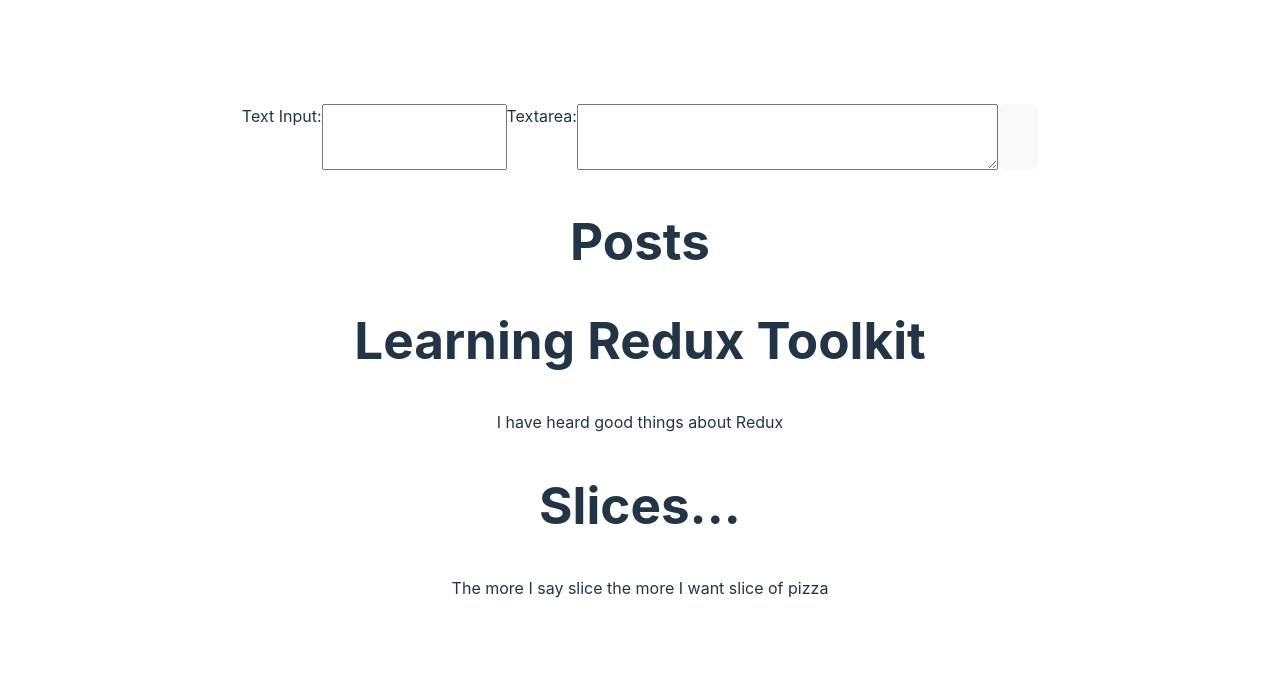
Repository: Nurlan-Bakenbaev/lesson2Redux-toolkit
Page: /
The author's editor kept a copy of each file at every save. The page is drawn from the files as they stood at one save, then again after the next save.
The browser window is 1280 px wide. The pictures show the whole page.
The project was rebuilt for these pictures with package versions that can differ from the ones it lists, and the page was loaded fresh each time. Also part of the build but not shown: vite.config.js.

Above is the page before, as saved 2023-11-04 16:13:05.

After the next save:
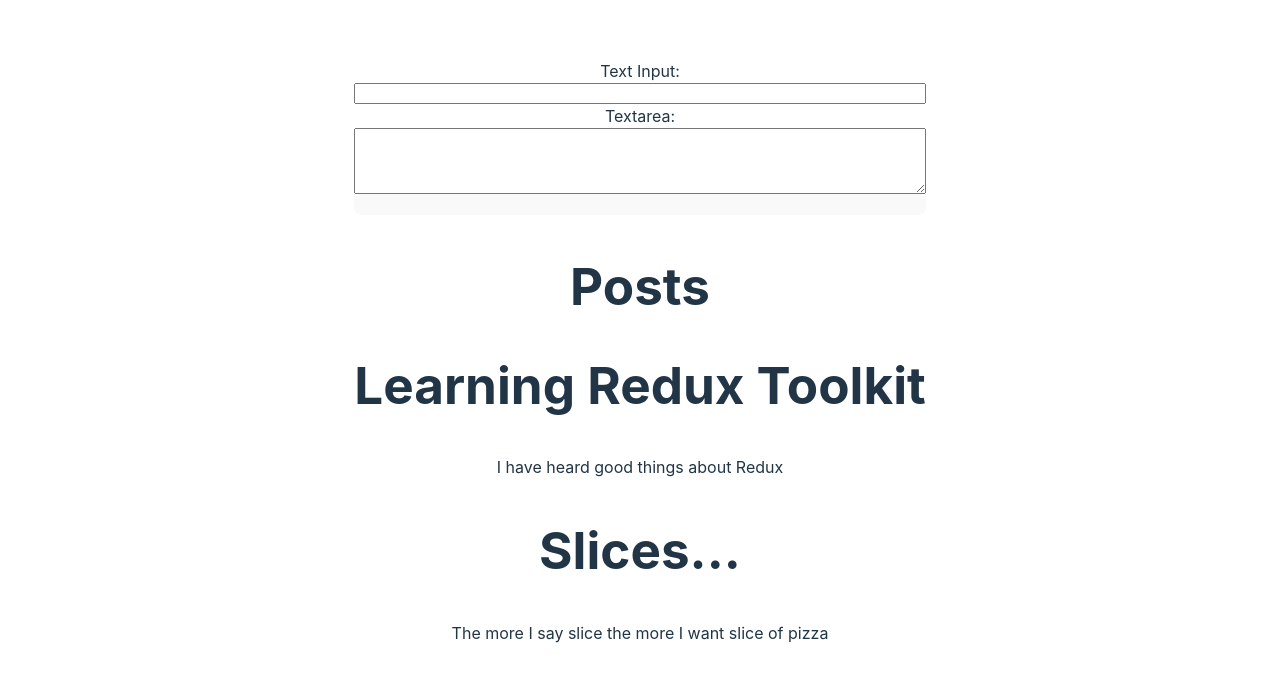
Saved 21 s later.
--- a/src/redux/features/posts/Addposts.jsx
+++ b/src/redux/features/posts/Addposts.jsx
@@ -25,7 +25,7 @@
   };
 
   return (
-    <form style={{ display: "flex", flexDirection: "col" }}>
+    <form style={{ display: "flex", flexDirection: "column" }}>
       <label htmlFor="text-input">Text Input:</label>
       <input
         type="text"
